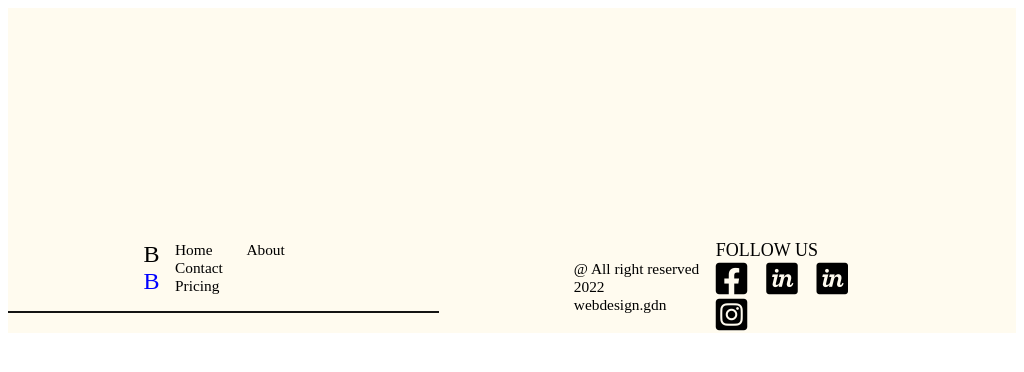
Repository: ngocphuocha/4lifeteam-marketing-agency
Page: index.html
These files come from the project's save history. The page is drawn as it stood at one moment and after the next save; the edit follows.
The browser window is 1024 px wide. The pictures show the whole page.

Above is the page before, as saved 2023-03-13 16:58:41.

### index.html
<!DOCTYPE html>
<html lang="en">
  <head>
    <meta charset="UTF-8" />
    <meta http-equiv="X-UA-Compatible" content="IE=edge" />
    <meta name="viewport" content="width=device-width, initial-scale=1.0" />
    <title>Landing page</title>
    <!-- hoang nhi css -->
    <link rel="stylesheet" href="css/footer-service.css" />
    <link rel="stylesheet" href="https://use.fontawesome.com/releases/v5.15.4/css/all.css" integrity="sha384-DyZ88mC6Up2uqS4h/KRgHuoeGwBcD4Ng9SiP4dIRy0EXTlnuz47vAwmeGwVChigm" crossorigin="anonymous"/>
  </head>
  <body>
    <!-- Our service (Hoang nhi) -->

    <!--  our service (hoang nhi) -->
  </body>


    <div class="background-footer">
          <div class="container">
            <div class="footer-left">
              <span class="span-1">B</span>
              <span class="span-2">B</span>
            </div>
            <div class="footer-right">
              <span>Home</span>
              <span>About</span>
              <span>Contact</span>
              <span>Pricing</span>
            </div>
          </div>
          <div class="footer">
            <div class="text-left">
              <span>@ All right reserved 2022 webdesign.gdn</span>
            </div>
            <div class="text-right">
              <span>FOLLOW US</span>
              <i class="fab fa-facebook-square"></i>
              <i class="fab fa-invision"></i>
              <i class="fab fa-invision"></i>
              <i class="fab fa-instagram-square"></i>
            </div>
          </div>
          <!-- <div class="list-left">
            <a>dsadsa</a>
          </div>
          <div class="list-right">
            <ul>
              <li>
                <a>Home</a>
              </li>
              <li>
                <a>About</a>
              </li>
              <li>
                <a>Contact</a>
              </li>
              <li>
                <a>Pricing</a>
              </li>
            </ul>
          </div>
          <div class="navbar">
            <a style="color: white;">dsadsa</a>
          </div>
          <div class="footer-text">
            <a>@ All right reserved 2022 webdesign.gdn</a>
          </div>
          <div class="footer-icons">
            <ul>
              <li>
                <a>FOLLOW US</a>
              </li>
              <li>
                <i class="fab fa-facebook-square"></i>
              </li>
              <li>
                <i class="fab fa-invision"></i>

              </li>
              <li>
                <i class="fab fa-twitter-square"></i>
              </li>
              <li>
                <i class="fab fa-instagram-square"></i>
              </li>

            </ul>
          </div> -->

    </div>
</html>

### css/footer-service.css
/*

.background-footer{
    width: 100%;
    background: #FFFBEF;
}

.background-footer .footer-text{
    margin-left: 135px;
}



.background-footer .list-right{
   float: right;
}

.background-footer .list-right ul{
   display: flex;
   list-style: none;
   margin-right: 135px;
 }
 .background-footer .list-right ul li{
    padding-left: 30px;
  }

  .background-footer .navbar{
    float: left;
    border-bottom: 2px solid rgba(5, 5, 5, 0.938);
    width: 1250px;
    margin-left: 135px;
    margin-right: 135px;
 }
 .background-footer .footer-text{
    float: left;
    padding-top: 34px;
 }

 .background-footer .footer-icons{
    float: right;
    padding-top: 34px;
 }

 .background-footer .footer-icons ul{
    display: flex;
    list-style: none;
    margin-right: 135px;
 }
 .background-footer .footer-icons ul li{
    padding-left: 12px;

 }
 .background-footer .footer-icons ul li a{
    text-decoration: none;
 }



  */


  .background-footer{
    background: #FFFBEF;
    padding-top: 232px;
  }

  .background-footer .container{
    display: flex;
    justify-content: space-between;
    align-items: center;
    padding: 0px 135px 15px;
    border-bottom: 2px solid rgba(5, 5, 5, 0.938);
    margin-bottom: 20px;
  }

  .background-footer .container .footer-left .span-1{
    font-size: 24px;
  }
  .background-footer .container .footer-left .span-2{
    font-weight: 700px;
    font-size: 24px;
    color: blue;
  }

  .background-footer .container .footer-right span{
    padding: 0px 15px;
  }

  .background-footer .footer{
    display: flex;
    align-items: center;
    justify-content: space-between;
    padding: 0px 135px;
  }

  .background-footer .footer .text-right{
    padding-right: 15px;
  }
  .background-footer .footer .text-right span{
    padding: 0px 15px;
    font-size: 18px;
  }
  .background-footer .footer .text-right i{
    padding-left: 15px;
    font-size: 36px;
  }

  @media (min-width: 800px) and (max-width: 1080px) {
    .background-footer{
        display: flex;
        font-size: 1.5vmax;
    }
    .background-footer .footer .text-right i{
        /* display: flex;
        font-size: 1vmax;
        margin: 0 0.5vmax; */
    }

    .background-footer .container .footer-left span{
        display: flex;
        margin: 0 0.5px;
      }
  }

After the next save:
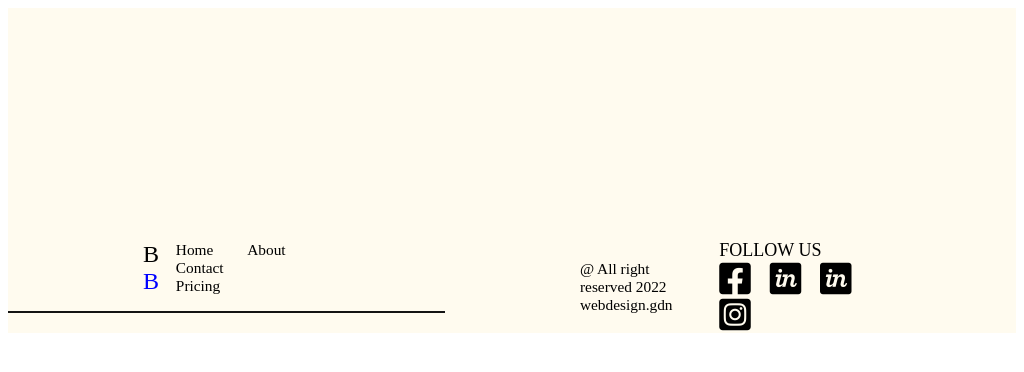
Saved 17 s later.
--- a/css/footer-service.css
+++ b/css/footer-service.css
@@ -117,7 +117,7 @@
     }
 
     .background-footer .container .footer-left span{
-        display: flex;
-        margin: 0 0.5px;
+        /* display: flex;
+        margin: 0 0.5px; */
       }
   }
